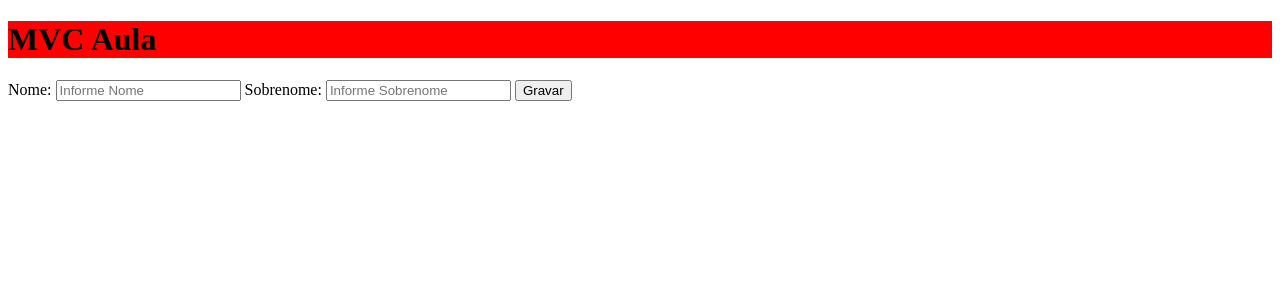
Repository: SrLucasGaldinor/Aulas-MVC-Spring
Page: http://localhost/Aula/
These files come from the project's save history. The page is drawn as it stood at one moment and after the next save; the edit follows.
The browser window is 1280 px wide. The pictures show the whole page.
The page is served by Tomcat 9.

Above is the page before, as saved 2023-12-12 12:41:48.

After the next save:
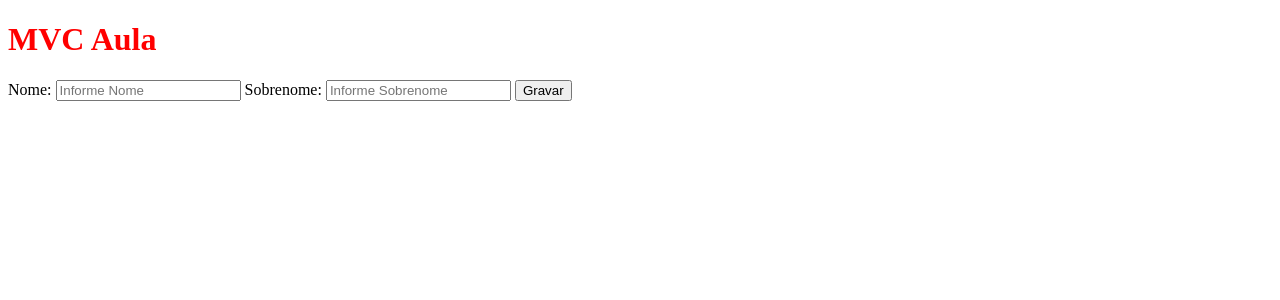
Saved 24 s later.
--- a/MVC/Aula/src/main/webapp/index.jsp
+++ b/MVC/Aula/src/main/webapp/index.jsp
@@ -7,7 +7,7 @@
 <title>Aula</title>
 <style>
 .cor {
-	background: red;
+	color: red;
 }
 </style>
 
@@ -19,9 +19,11 @@
 	<label>Sobrenome: </label>
 	<input placeholder="Informe Sobrenome">
 	<button onclick="gravar()">Gravar</button>
+
 	<%
 
 	%>
+
 	<script>
 		function gravar() {
 			alert('Hello Mother Fucker !');
